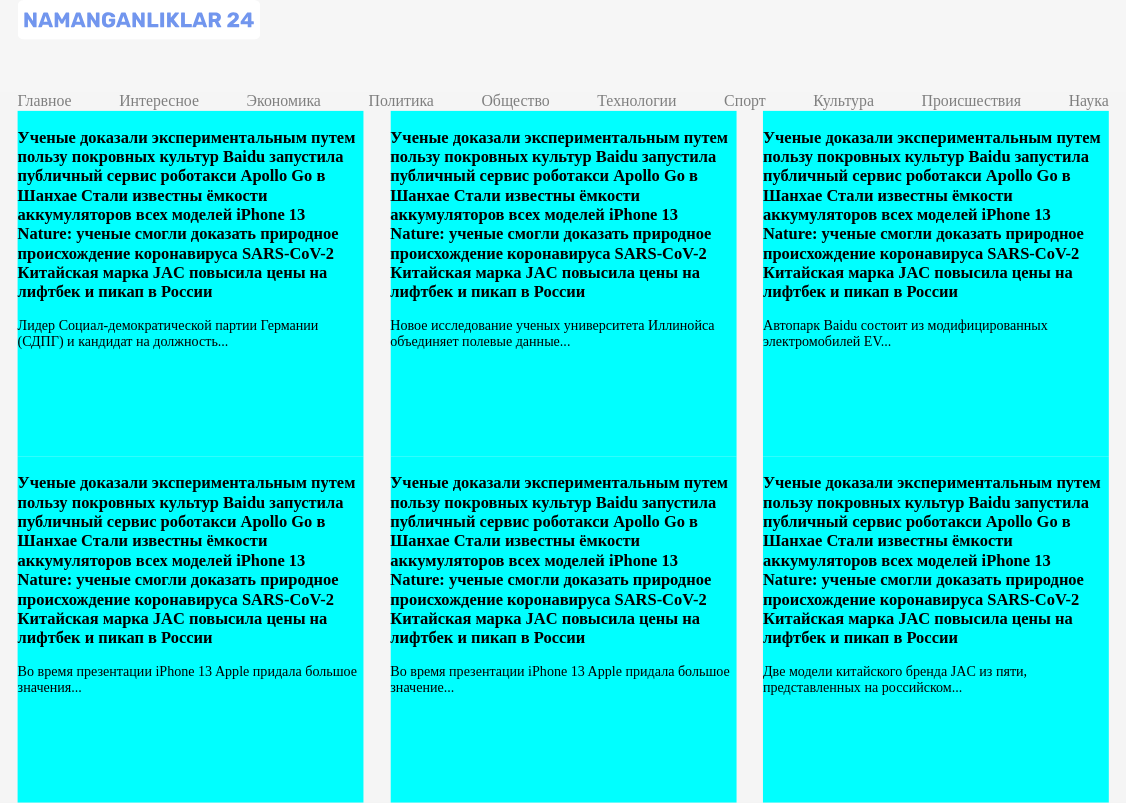
Repository: UlugbekAbdurasulov/projekt
Page: index.html
These files come from the project's save history. The page is drawn as it stood at one moment and after a run of saves; the edit follows.
The browser window is 1280 px wide. The pictures show the whole page, at 88% of full size.

Above is the page before, as saved 2023-05-29 16:36:05.

### index.html
<!DOCTYPE html>
<html lang="ru">
  <head>
    <meta charset="UTF-8" />
    <meta http-equiv="X-UA-Compatible" content="IE=edge" />
    <meta name="viewport" content="width=device-width, initial-scale=1.0" />
    <title>Document</title>
  </head>
  <link rel="stylesheet" href="./css/main.css" />
  <body>
    <header class="navbar">
      <div class="container">
        <div>
          <img src="./images/logo.svg" alt="" />
          <ul>
            <li>

            </li>
          </ul>
        </div>
      </div>
    </header>

    <h1 class="visually-hidden">Namanganliklar haqida yangliklar</h1>
    <div class="container">
      <ul class="menu">
        <li class="menu-text">Главное</li>
        <li class="menu-text">Интересное</li>
        <li class="menu-text">Экономика</li>
        <li class="menu-text">Политика</li>
        <li class="menu-text">Общество</li>
        <li class="menu-text">Технологии</li>
        <li class="menu-text">Спорт</li>
        <li class="menu-text">Культура</li>
        <li class="menu-text">Происшествия</li>
        <li class="menu-text">Наука</li>
      </ul>

      <menu class="box">
        <ul class="information-box" >
            <li class="information"> <h3 class="information-footer">Ученые доказали экспериментальным путем пользу покровных культур
Baidu запустила публичный сервис роботакси Apollo Go в Шанхае
Стали известны ёмкости аккумуляторов всех моделей iPhone 13
Nature: ученые смогли доказать природное происхождение коронавируса SARS-CoV-2
Китайская марка JAC повысила цены на лифтбек и пикап в России</h3> <p class="information-text">Лидер Социал-демократической партии Германии (СДПГ) и кандидат на должность...</p> <img src="" alt=""> </li>
            <li class="information"> <h3 class="information-footer">Ученые доказали экспериментальным путем пользу покровных культур
Baidu запустила публичный сервис роботакси Apollo Go в Шанхае
Стали известны ёмкости аккумуляторов всех моделей iPhone 13
Nature: ученые смогли доказать природное происхождение коронавируса SARS-CoV-2
Китайская марка JAC повысила цены на лифтбек и пикап в России</h3> <p class="information-text">Новое исследование ученых университета Иллинойса объединяет полевые данные... </p> <img src="" alt=""> </li>
            <li class="information"> <h3 class="information-footer">Ученые доказали экспериментальным путем пользу покровных культур
Baidu запустила публичный сервис роботакси Apollo Go в Шанхае
Стали известны ёмкости аккумуляторов всех моделей iPhone 13
Nature: ученые смогли доказать природное происхождение коронавируса SARS-CoV-2
Китайская марка JAC повысила цены на лифтбек и пикап в России</h3> <p class="information-text">Автопарк Baidu состоит из модифицированных электромобилей EV... </p> <img src="" alt=""> </li>

            <li class="information"> <h3 class="information-footer">Ученые доказали экспериментальным путем пользу покровных культур
Baidu запустила публичный сервис роботакси Apollo Go в Шанхае
Стали известны ёмкости аккумуляторов всех моделей iPhone 13
Nature: ученые смогли доказать природное происхождение коронавируса SARS-CoV-2
Китайская марка JAC повысила цены на лифтбек и пикап в России</h3> <p class="information-text">Во время презентации iPhone 13 Apple придала большое значения...</p> <img src="" alt=""> </li>
            <li class="information"> <h3 class="information-footer">Ученые доказали экспериментальным путем пользу покровных культур
Baidu запустила публичный сервис роботакси Apollo Go в Шанхае
Стали известны ёмкости аккумуляторов всех моделей iPhone 13
Nature: ученые смогли доказать природное происхождение коронавируса SARS-CoV-2
Китайская марка JAC повысила цены на лифтбек и пикап в России</h3> <p class="information-text">Во время презентации iPhone 13 Apple придала большое значение...</p> <img src="" alt=""> </li>
            <li class="information"> <h3 class="information-footer">Ученые доказали экспериментальным путем пользу покровных культур
Baidu запустила публичный сервис роботакси Apollo Go в Шанхае
Стали известны ёмкости аккумуляторов всех моделей iPhone 13
Nature: ученые смогли доказать природное происхождение коронавируса SARS-CoV-2
Китайская марка JAC повысила цены на лифтбек и пикап в России</h3> <p class="information-text">Две модели китайского бренда JAC из пяти, представленных на российском...</p> <img src="" alt=""> </li>
        </ul>
      </menu>
    </div>
  </body>
</html>

### css/main.css
* {
    box-sizing: border-box;
    text-decoration: none;
    list-style: none;
  }

body {
    margin: 0;
    padding: 0;
    background-color: #f5f5f5;
  }
  .container {
    width: 1240px;
    margin: 0px auto;
    padding: 0;
  }
.navbar{
background-color:#F6F6F6;
height: 105px;
}
.menu{
    margin: 0;
    padding: 0;
    display: flex;
    justify-content: space-between;
}
.menu-text{
    font-family: 'Rubik';
font-style: normal;
font-weight: 500;
font-size: 18px;
line-height: 21px;
text-align: center;
color: #7F7F7F;
}
.visually-hidden {
    position: absolute;
    width: 1px;
    height: 1px;
    margin: -1px;
    padding: 0;
    overflow: hidden;
    border: 0;
    clip: rect(0 0 0 0)
  }
  .information-box{
    display: flex;
    margin: 0;
    padding: 0;
    flex-wrap: wrap;
    justify-content: space-between;

  }
  .box{
    padding: 0;
    margin: 0;
  }

  .information{

    width: 393px;
    height: 393px;
    margin: 0px;
    background-color:aqua;
  }

After the next 4 saves:
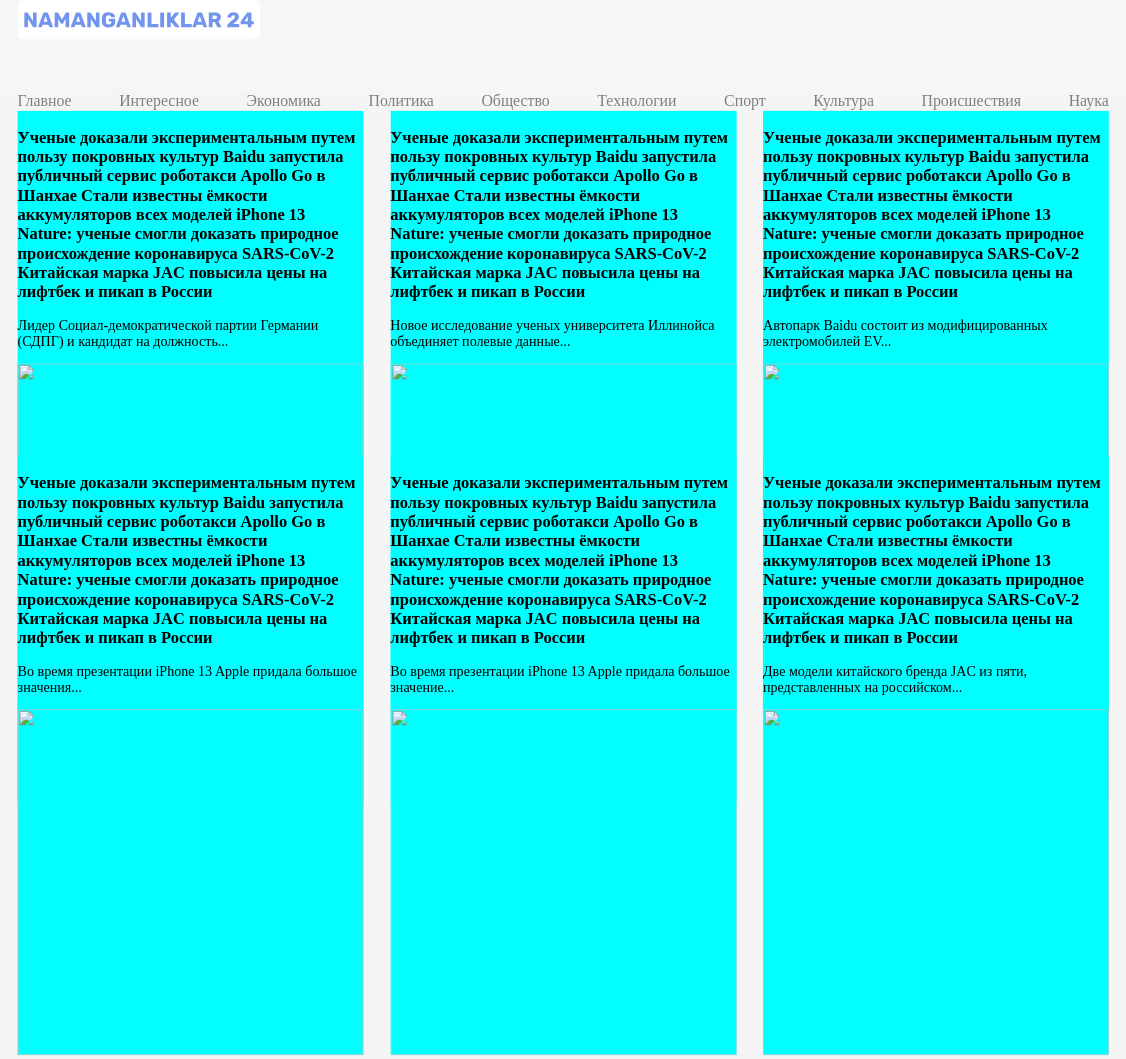
The 4 saves are shown as one change because they came seconds apart.
The last was saved 15 s later.
--- a/index.html
+++ b/index.html
@@ -42,33 +42,33 @@
 Baidu запустила публичный сервис роботакси Apollo Go в Шанхае
 Стали известны ёмкости аккумуляторов всех моделей iPhone 13
 Nature: ученые смогли доказать природное происхождение коронавируса SARS-CoV-2
-Китайская марка JAC повысила цены на лифтбек и пикап в России</h3> <p class="information-text">Лидер Социал-демократической партии Германии (СДПГ) и кандидат на должность...</p> <img src="" alt=""> </li>
+Китайская марка JAC повысила цены на лифтбек и пикап в России</h3> <p class="information-text">Лидер Социал-демократической партии Германии (СДПГ) и кандидат на должность...</p> <img class="information" src="" alt=""> </li>
             <li class="information"> <h3 class="information-footer">Ученые доказали экспериментальным путем пользу покровных культур
 Baidu запустила публичный сервис роботакси Apollo Go в Шанхае
 Стали известны ёмкости аккумуляторов всех моделей iPhone 13
 Nature: ученые смогли доказать природное происхождение коронавируса SARS-CoV-2
-Китайская марка JAC повысила цены на лифтбек и пикап в России</h3> <p class="information-text">Новое исследование ученых университета Иллинойса объединяет полевые данные... </p> <img src="" alt=""> </li>
+Китайская марка JAC повысила цены на лифтбек и пикап в России</h3> <p class="information-text">Новое исследование ученых университета Иллинойса объединяет полевые данные... </p> <img class="information" src="" alt=""> </li>
             <li class="information"> <h3 class="information-footer">Ученые доказали экспериментальным путем пользу покровных культур
 Baidu запустила публичный сервис роботакси Apollo Go в Шанхае
 Стали известны ёмкости аккумуляторов всех моделей iPhone 13
 Nature: ученые смогли доказать природное происхождение коронавируса SARS-CoV-2
-Китайская марка JAC повысила цены на лифтбек и пикап в России</h3> <p class="information-text">Автопарк Baidu состоит из модифицированных электромобилей EV... </p> <img src="" alt=""> </li>
+Китайская марка JAC повысила цены на лифтбек и пикап в России</h3> <p class="information-text">Автопарк Baidu состоит из модифицированных электромобилей EV... </p> <img class="information" src="" alt=""> </li>
 
             <li class="information"> <h3 class="information-footer">Ученые доказали экспериментальным путем пользу покровных культур
 Baidu запустила публичный сервис роботакси Apollo Go в Шанхае
 Стали известны ёмкости аккумуляторов всех моделей iPhone 13
 Nature: ученые смогли доказать природное происхождение коронавируса SARS-CoV-2
-Китайская марка JAC повысила цены на лифтбек и пикап в России</h3> <p class="information-text">Во время презентации iPhone 13 Apple придала большое значения...</p> <img src="" alt=""> </li>
+Китайская марка JAC повысила цены на лифтбек и пикап в России</h3> <p class="information-text">Во время презентации iPhone 13 Apple придала большое значения...</p> <img class="information" src="" alt=""> </li>
             <li class="information"> <h3 class="information-footer">Ученые доказали экспериментальным путем пользу покровных культур
 Baidu запустила публичный сервис роботакси Apollo Go в Шанхае
 Стали известны ёмкости аккумуляторов всех моделей iPhone 13
 Nature: ученые смогли доказать природное происхождение коронавируса SARS-CoV-2
-Китайская марка JAC повысила цены на лифтбек и пикап в России</h3> <p class="information-text">Во время презентации iPhone 13 Apple придала большое значение...</p> <img src="" alt=""> </li>
+Китайская марка JAC повысила цены на лифтбек и пикап в России</h3> <p class="information-text">Во время презентации iPhone 13 Apple придала большое значение...</p> <img class="information" src="" alt=""> </li>
             <li class="information"> <h3 class="information-footer">Ученые доказали экспериментальным путем пользу покровных культур
 Baidu запустила публичный сервис роботакси Apollo Go в Шанхае
 Стали известны ёмкости аккумуляторов всех моделей iPhone 13
 Nature: ученые смогли доказать природное происхождение коронавируса SARS-CoV-2
-Китайская марка JAC повысила цены на лифтбек и пикап в России</h3> <p class="information-text">Две модели китайского бренда JAC из пяти, представленных на российском...</p> <img src="" alt=""> </li>
+Китайская марка JAC повысила цены на лифтбек и пикап в России</h3> <p class="information-text">Две модели китайского бренда JAC из пяти, представленных на российском...</p> <img class="information" src="" alt=""> </li>
         </ul>
       </menu>
     </div>

After the save that followed:
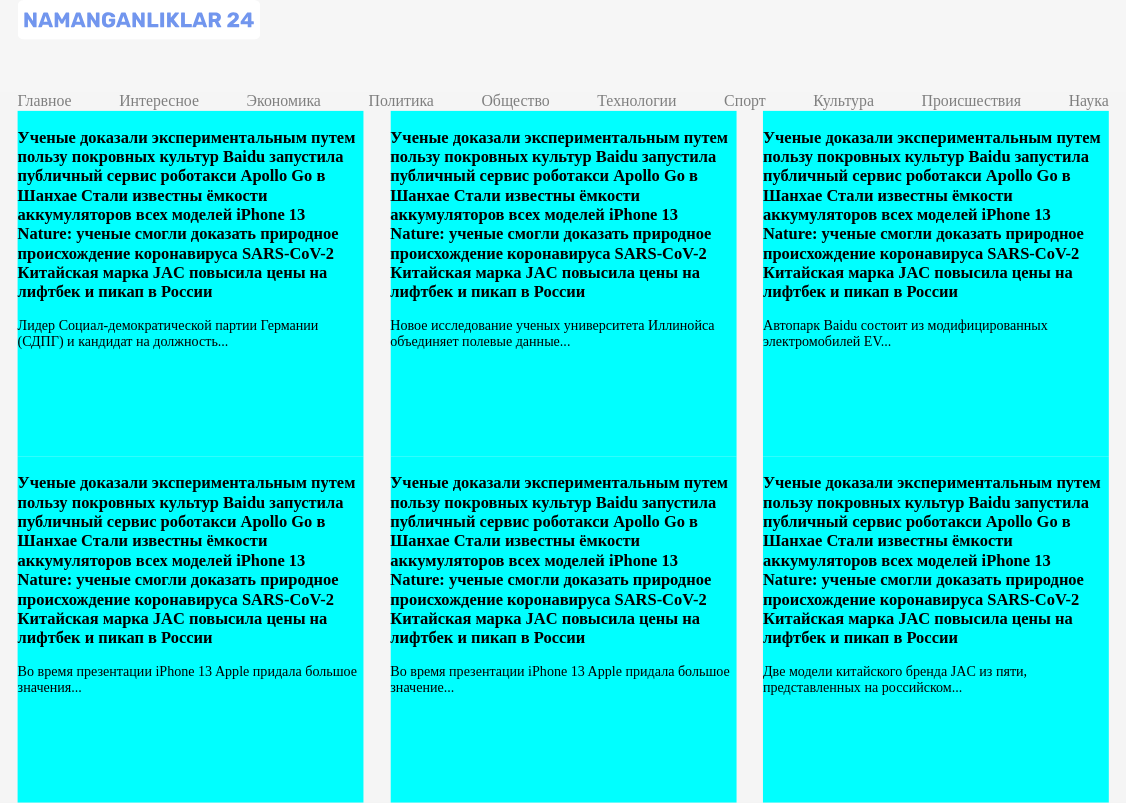
Saved 4 s later.
--- a/index.html
+++ b/index.html
@@ -42,33 +42,33 @@
 Baidu запустила публичный сервис роботакси Apollo Go в Шанхае
 Стали известны ёмкости аккумуляторов всех моделей iPhone 13
 Nature: ученые смогли доказать природное происхождение коронавируса SARS-CoV-2
-Китайская марка JAC повысила цены на лифтбек и пикап в России</h3> <p class="information-text">Лидер Социал-демократической партии Германии (СДПГ) и кандидат на должность...</p> <img class="information" src="" alt=""> </li>
+Китайская марка JAC повысила цены на лифтбек и пикап в России</h3> <p class="information-text">Лидер Социал-демократической партии Германии (СДПГ) и кандидат на должность...</p> <img class="information-image" src="" alt=""> </li>
             <li class="information"> <h3 class="information-footer">Ученые доказали экспериментальным путем пользу покровных культур
 Baidu запустила публичный сервис роботакси Apollo Go в Шанхае
 Стали известны ёмкости аккумуляторов всех моделей iPhone 13
 Nature: ученые смогли доказать природное происхождение коронавируса SARS-CoV-2
-Китайская марка JAC повысила цены на лифтбек и пикап в России</h3> <p class="information-text">Новое исследование ученых университета Иллинойса объединяет полевые данные... </p> <img class="information" src="" alt=""> </li>
+Китайская марка JAC повысила цены на лифтбек и пикап в России</h3> <p class="information-text">Новое исследование ученых университета Иллинойса объединяет полевые данные... </p> <img class="information-image" src="" alt=""> </li>
             <li class="information"> <h3 class="information-footer">Ученые доказали экспериментальным путем пользу покровных культур
 Baidu запустила публичный сервис роботакси Apollo Go в Шанхае
 Стали известны ёмкости аккумуляторов всех моделей iPhone 13
 Nature: ученые смогли доказать природное происхождение коронавируса SARS-CoV-2
-Китайская марка JAC повысила цены на лифтбек и пикап в России</h3> <p class="information-text">Автопарк Baidu состоит из модифицированных электромобилей EV... </p> <img class="information" src="" alt=""> </li>
+Китайская марка JAC повысила цены на лифтбек и пикап в России</h3> <p class="information-text">Автопарк Baidu состоит из модифицированных электромобилей EV... </p> <img class="information-image" src="" alt=""> </li>
 
             <li class="information"> <h3 class="information-footer">Ученые доказали экспериментальным путем пользу покровных культур
 Baidu запустила публичный сервис роботакси Apollo Go в Шанхае
 Стали известны ёмкости аккумуляторов всех моделей iPhone 13
 Nature: ученые смогли доказать природное происхождение коронавируса SARS-CoV-2
-Китайская марка JAC повысила цены на лифтбек и пикап в России</h3> <p class="information-text">Во время презентации iPhone 13 Apple придала большое значения...</p> <img class="information" src="" alt=""> </li>
+Китайская марка JAC повысила цены на лифтбек и пикап в России</h3> <p class="information-text">Во время презентации iPhone 13 Apple придала большое значения...</p> <img class="information-image" src="" alt=""> </li>
             <li class="information"> <h3 class="information-footer">Ученые доказали экспериментальным путем пользу покровных культур
 Baidu запустила публичный сервис роботакси Apollo Go в Шанхае
 Стали известны ёмкости аккумуляторов всех моделей iPhone 13
 Nature: ученые смогли доказать природное происхождение коронавируса SARS-CoV-2
-Китайская марка JAC повысила цены на лифтбек и пикап в России</h3> <p class="information-text">Во время презентации iPhone 13 Apple придала большое значение...</p> <img class="information" src="" alt=""> </li>
+Китайская марка JAC повысила цены на лифтбек и пикап в России</h3> <p class="information-text">Во время презентации iPhone 13 Apple придала большое значение...</p> <img class="information-image" src="" alt=""> </li>
             <li class="information"> <h3 class="information-footer">Ученые доказали экспериментальным путем пользу покровных культур
 Baidu запустила публичный сервис роботакси Apollo Go в Шанхае
 Стали известны ёмкости аккумуляторов всех моделей iPhone 13
 Nature: ученые смогли доказать природное происхождение коронавируса SARS-CoV-2
-Китайская марка JAC повысила цены на лифтбек и пикап в России</h3> <p class="information-text">Две модели китайского бренда JAC из пяти, представленных на российском...</p> <img class="information" src="" alt=""> </li>
+Китайская марка JAC повысила цены на лифтбек и пикап в России</h3> <p class="information-text">Две модели китайского бренда JAC из пяти, представленных на российском...</p> <img class="information-image" src="" alt=""> </li>
         </ul>
       </menu>
     </div>
